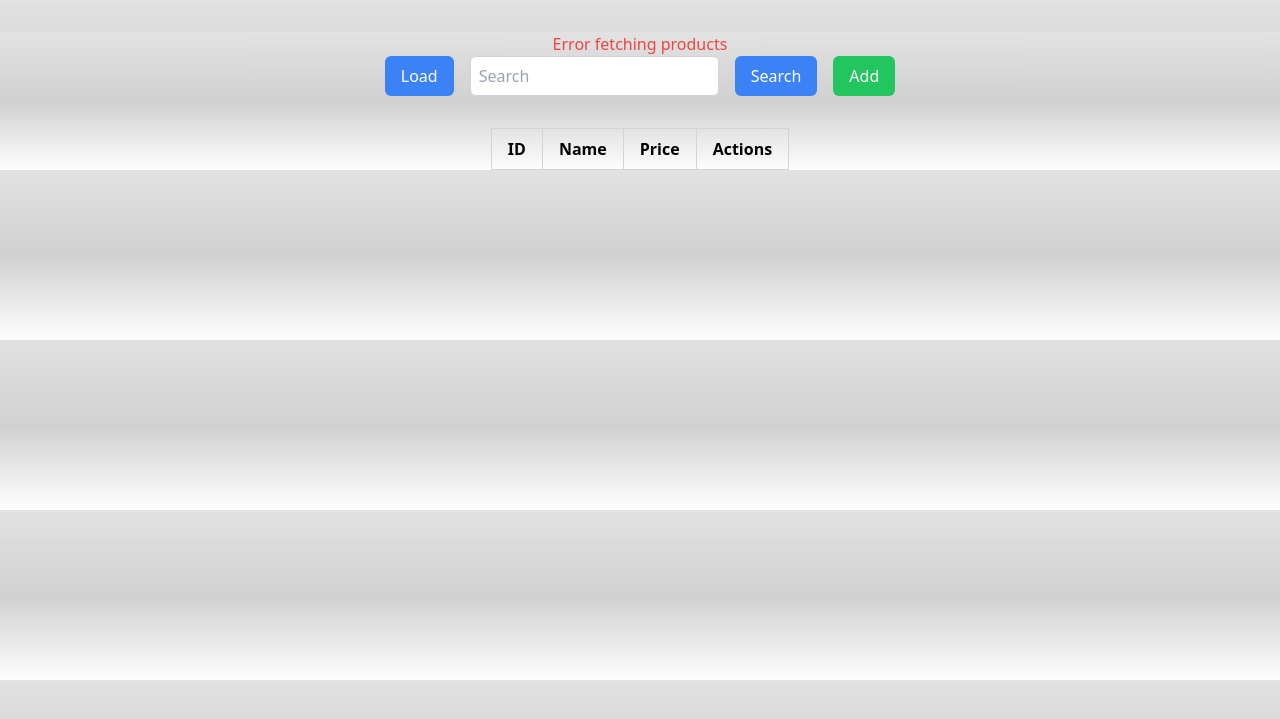
Repository: shaafsalman/product-Management-MERN
Page: /home (app in frontend/)
These files come from the project's save history. The page is drawn as it stood at one moment and after the next save; the edit follows.
The browser window is 1280 px wide. The pictures show the whole page.
The page's requests for data from a server got no answer. The project was rebuilt for these pictures with package versions that can differ from the ones it lists, and the page was loaded fresh each time. No one was signed in, and anything a server would have sent is missing. Also part of the build but not shown: frontend/vite.config.js, frontend/src/Cards/mesgCard.jsx, frontend/src/Pages/Login.jsx, frontend/src/Pages/SighnUp.jsx, frontend/src/Pages/NoPage.jsx.

Above is the page before, as saved 2024-05-14 01:18:26.

After the next save:
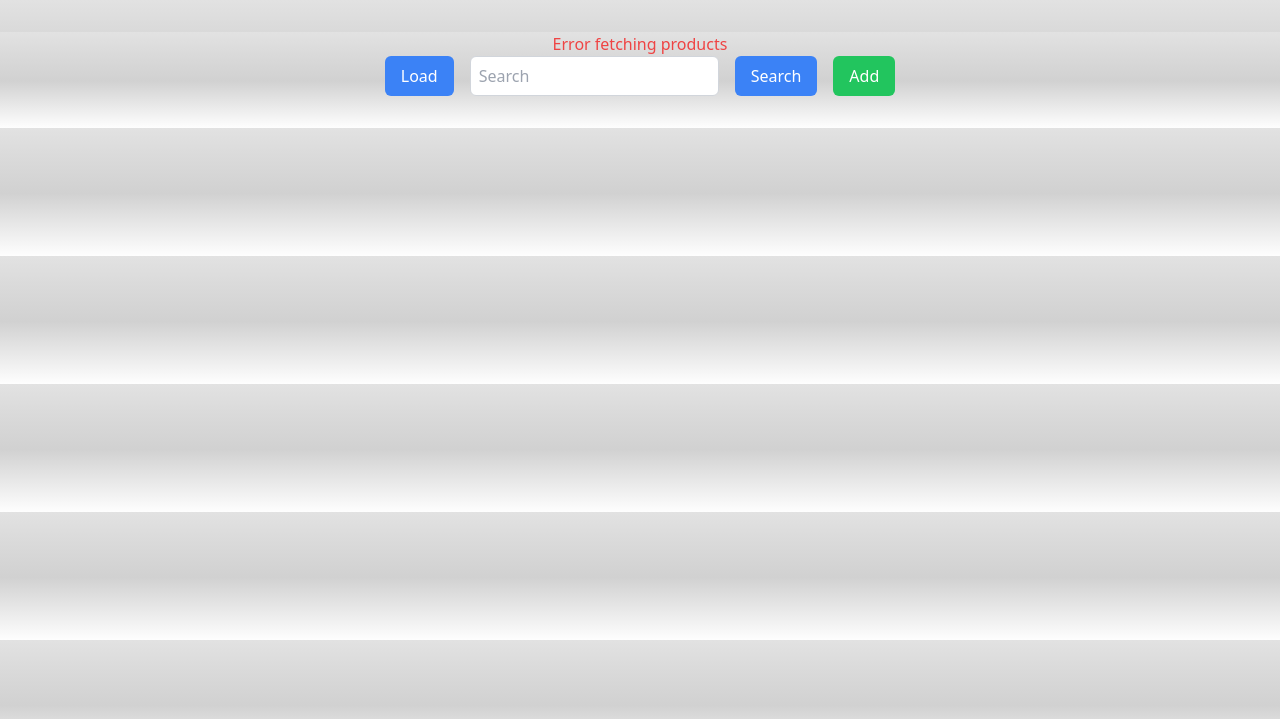
Saved 25 s later.
--- a/frontend/src/Pages/Home.jsx
+++ b/frontend/src/Pages/Home.jsx
@@ -71,29 +71,7 @@ const Home = () => {
         )}
       </div>
       <div className="mt-4">
-        <table className="border border-gray-300">
-          <thead>
-            <tr>
-              <th className="border border-gray-300 px-4 py-2">ID</th>
-              <th className="border border-gray-300 px-4 py-2">Name</th>
-              <th className="border border-gray-300 px-4 py-2">Price</th>
-              <th className="border border-gray-300 px-4 py-2">Actions</th>
-            </tr>
-          </thead>
-          <tbody>
-            {products.map((product) => (
-              <tr key={product.id}>
-                <td className="border border-gray-300 px-4 py-2">{product.id}</td>
-                <td className="border border-gray-300 px-4 py-2">{product.name}</td>
-                <td className="border border-gray-300 px-4 py-2">{product.price}</td>
-                <td className="border border-gray-300 px-4 py-2">
-                  <button className="bg-blue-500 text-white px-2 py-1 rounded-md mr-2">Edit</button>
-                  <button onClick={() => handleDeleteProduct(product.id)} className="bg-red-500 text-white px-2 py-1 rounded-md">Delete</button>
-                </td>
-              </tr>
-            ))}
-          </tbody>
-        </table>
+
       </div>
     </div>
   );
